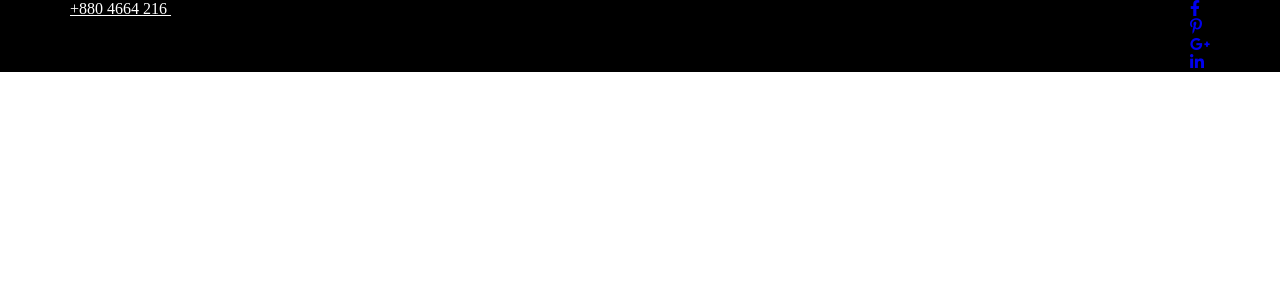
Repository: giahuy405/Day_2_Anipat
Page: index.html
An editor plug-in stored every save of this project. The page is shown before and after the next save, followed by the edit.
The browser window is 1280 px wide. The pictures show the whole page.

Above is the page before, as saved 2022-09-08 22:56:19.

### index.html
<!DOCTYPE html>
<html lang="en">
<head>
    <meta charset="UTF-8">
    <meta http-equiv="X-UA-Compatible" content="IE=edge">
    <meta name="viewport" content="width=device-width, initial-scale=1.0">
    <title>Anipat</title>
    <link rel="stylesheet" href="https://cdnjs.cloudflare.com/ajax/libs/font-awesome/6.2.0/css/all.min.css">
    <link rel="stylesheet" href="./css/index.css">
</head>
<body>
    <header>
        <div class="header-top">
            <div class="container">
                <div class="header__contact">
                    <a href="#">+880 4664 216 </a>
                    <span>Mon - Sat 10:00 - 7:00</span>
                </div>
                <div class="header__social">
                    <ul>
                        <li><a href="#"><i class="fa-brands fa-facebook-f"></i></a></li>
                        <li><a href="#"><i class="fa-brands fa-pinterest-p"></i></a></li>
                        <li><a href="#"><i class="fa-brands fa-google-plus-g"></i></a></li>
                        <li><a href="#"><i class="fa-brands fa-linkedin-in"></i></a></li>
                    </ul>
                </div>
                <div class="clear"></div>
            </div>
            <div class="header-bottom">

            </div>
            </div>
    </header>
</body>
</html>

### css/index.css
*{
    padding: 0;
    margin: 0;
    box-sizing: border-box;
}
.clear{
    clear: both;
}
.container{
    width: 1140px;
    margin: 0 auto;
}
.header__contact{
    float: left;
}
.header__social{
    float: right;
}
.header-top{
    background-color: black;
}
.header__contact a{
     color: white;
}

After the next save:
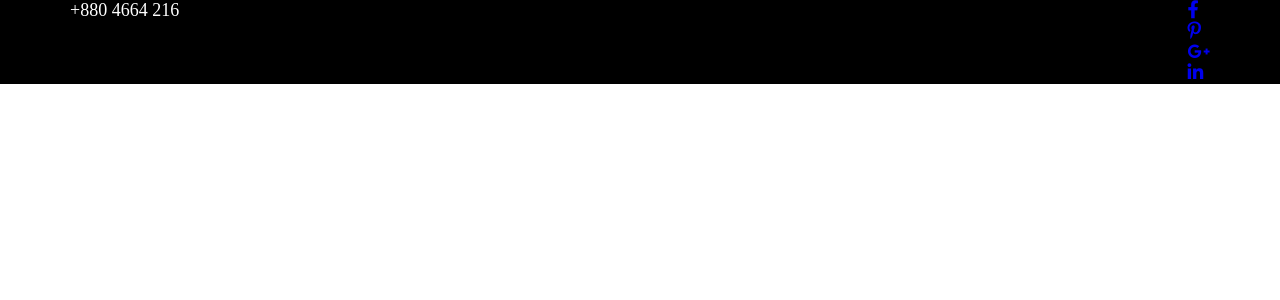
Saved 13 s later.
--- a/css/index.css
+++ b/css/index.css
@@ -5,6 +5,9 @@
 }
 .clear{
     clear: both;
+}
+html{
+    font-size: 18px;
 }
 .container{
     width: 1140px;
@@ -21,4 +24,5 @@
 }
 .header__contact a{
      color: white;
+     text-decoration: none;
 }
